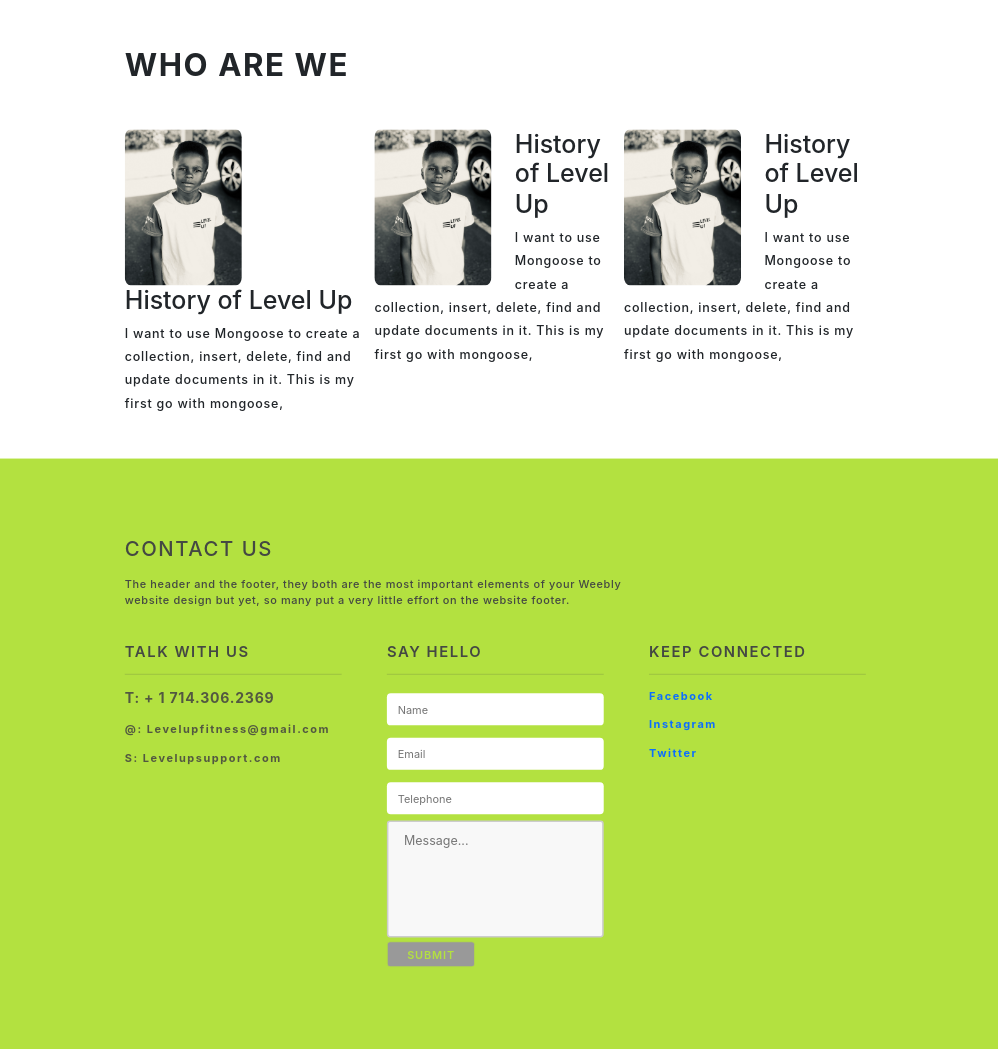
Repository: Bojurie/Level-up
Page: /about (app in client/)
The author's editor kept a copy of each file at every save. The page is drawn from the files as they stood at one save, then again after the next save.
The browser window is 1280 px wide. The pictures show the part of the page from y = 314 to 1818 px (the page is 1659 px tall before and 1818 px after), at 78% of full size.
Some web fonts or font styles are not loaded; a fallback is used. Some web libraries are served in a nearby version. The project was rebuilt for these pictures with package versions that can differ from the ones it lists, and the page was loaded fresh each time. Also part of the build but not shown: client/src/components/Carousel.js, client/src/components/HomeVlog.css, client/src/components/HomeVlog.js, client/src/components/homeProducts.css, client/src/components/HomeProducts.js, client/src/components/Card.js, client/src/components/HomeShop.css, client/src/components/HomeShop.js and 10 more. Imported but missing from the stored project, and not drawn on this page: client/src/components/Chart.

Above is the page before, as saved 2022-11-30 07:03:19.

After the next save:
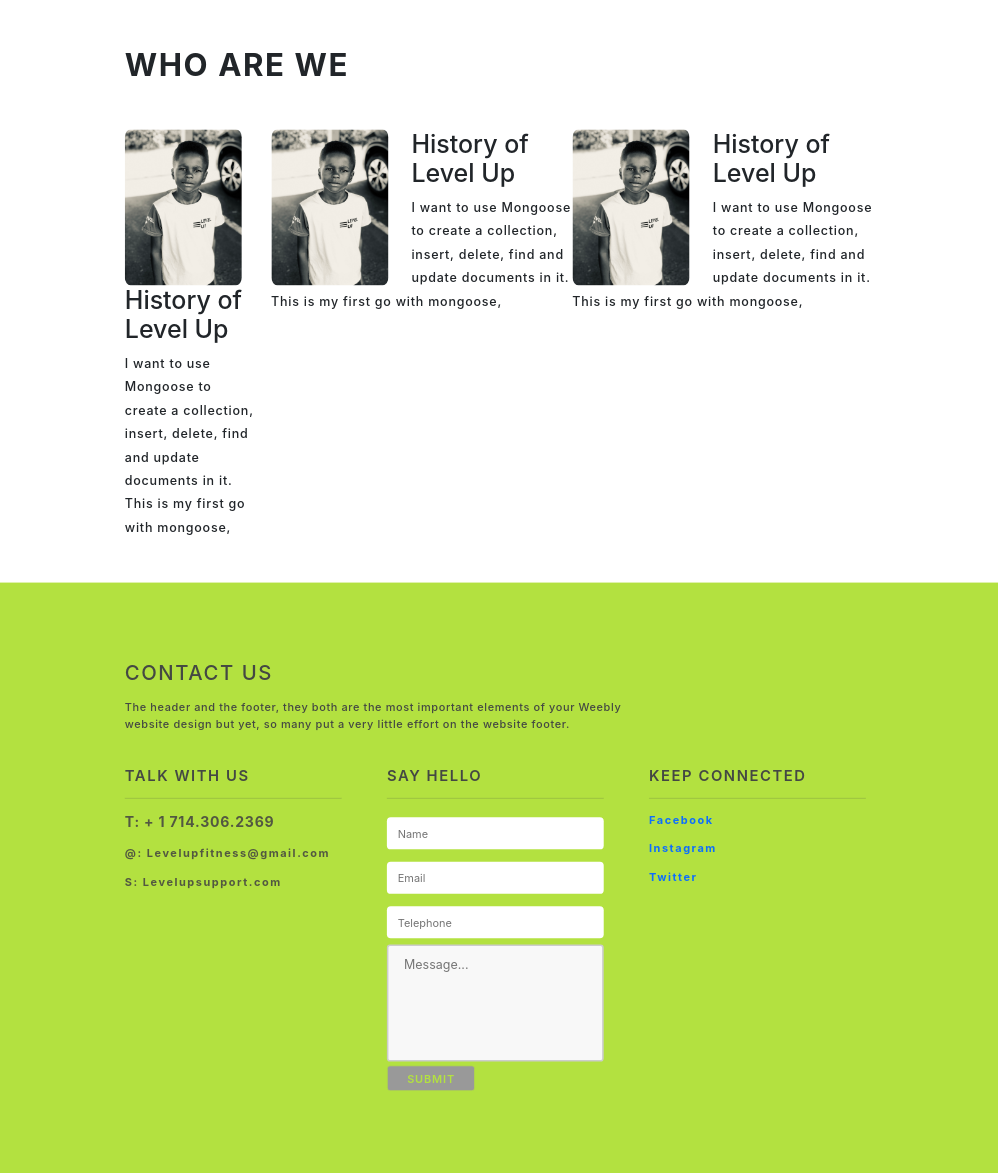
Saved 8 h 55 min later.
--- a/client/src/pages/About.css
+++ b/client/src/pages/About.css
@@ -28,4 +28,8 @@
 
 .AboutHistory {
   display: grid;
+  display: grid;
+    padding: 0 20px 0 0;
+    margin: 0 auto;
+    width: 500px;
 }
